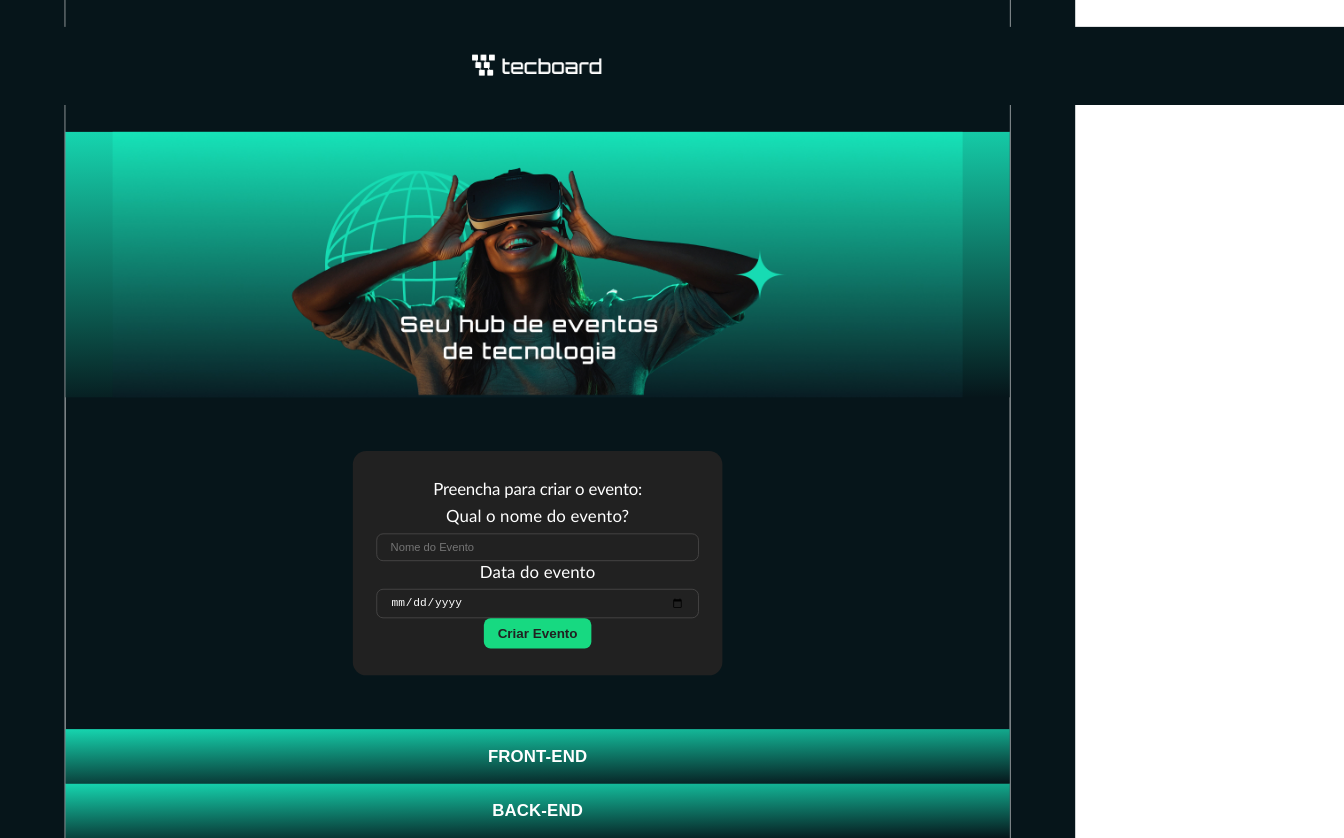
Repository: fernandadev12/techboard
Page: /
An editor plug-in stored every save of this project. The page is shown before and after the next save, followed by the edit.
The browser window is 1280 px wide. The page is 1600 px wide, so the pictures cover 1600 px, including what lies to the right of the window. The pictures show the whole page, at 84% of full size.
The project was rebuilt for these pictures with package versions that can differ from the ones it lists, and the page was loaded fresh each time. Also part of the build but not shown: vite.config.js.

Above is the page before, as saved 2026-06-14 15:07:31.

After the next save:
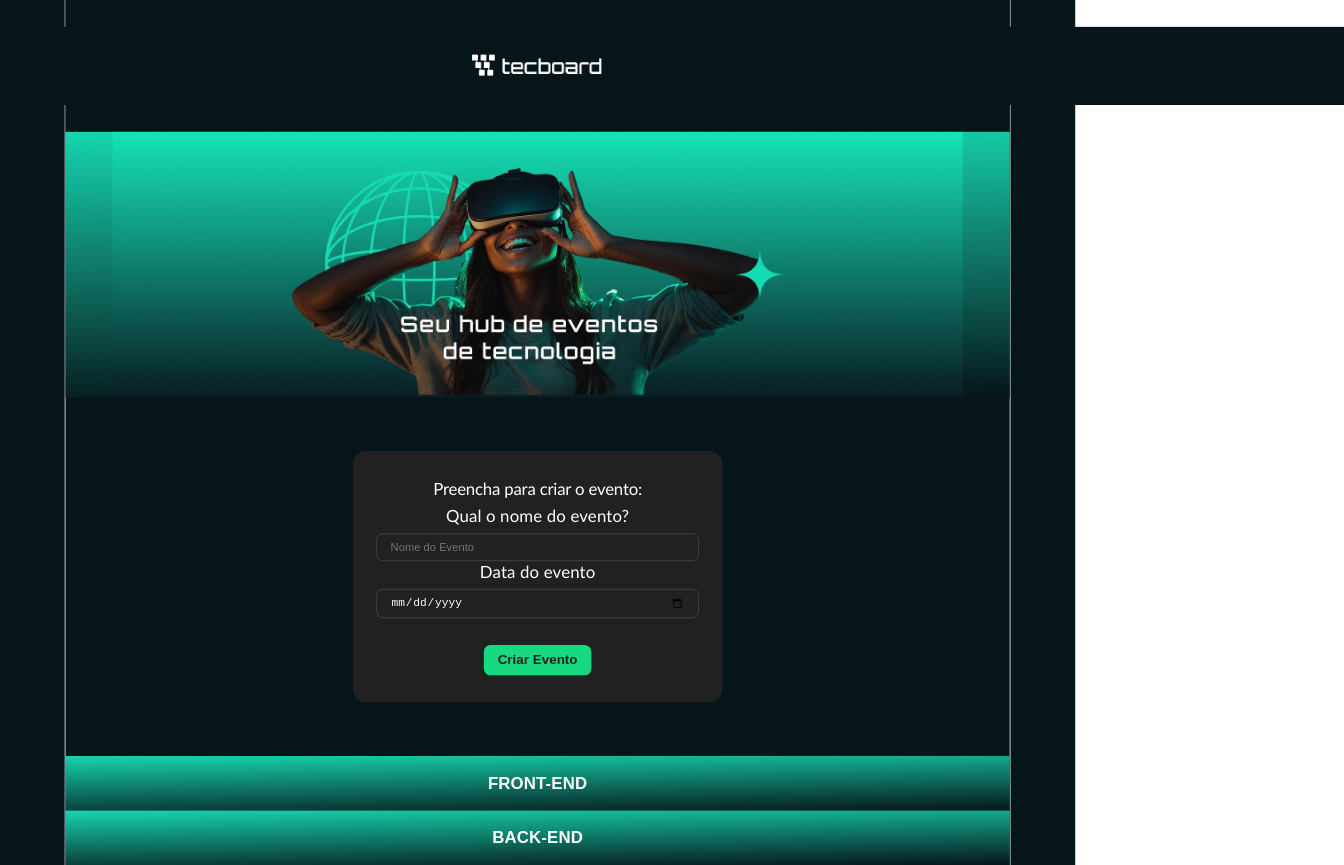
Saved 48 s later.
--- a/src/componentes/FormularioDeEvento/formularioEventoStyles.css
+++ b/src/componentes/FormularioDeEvento/formularioEventoStyles.css
@@ -12,3 +12,7 @@
   max-width: 90%;
   margin: 64px auto;
 }
+
+.acoes {
+  margin-top: 32px;
+}
